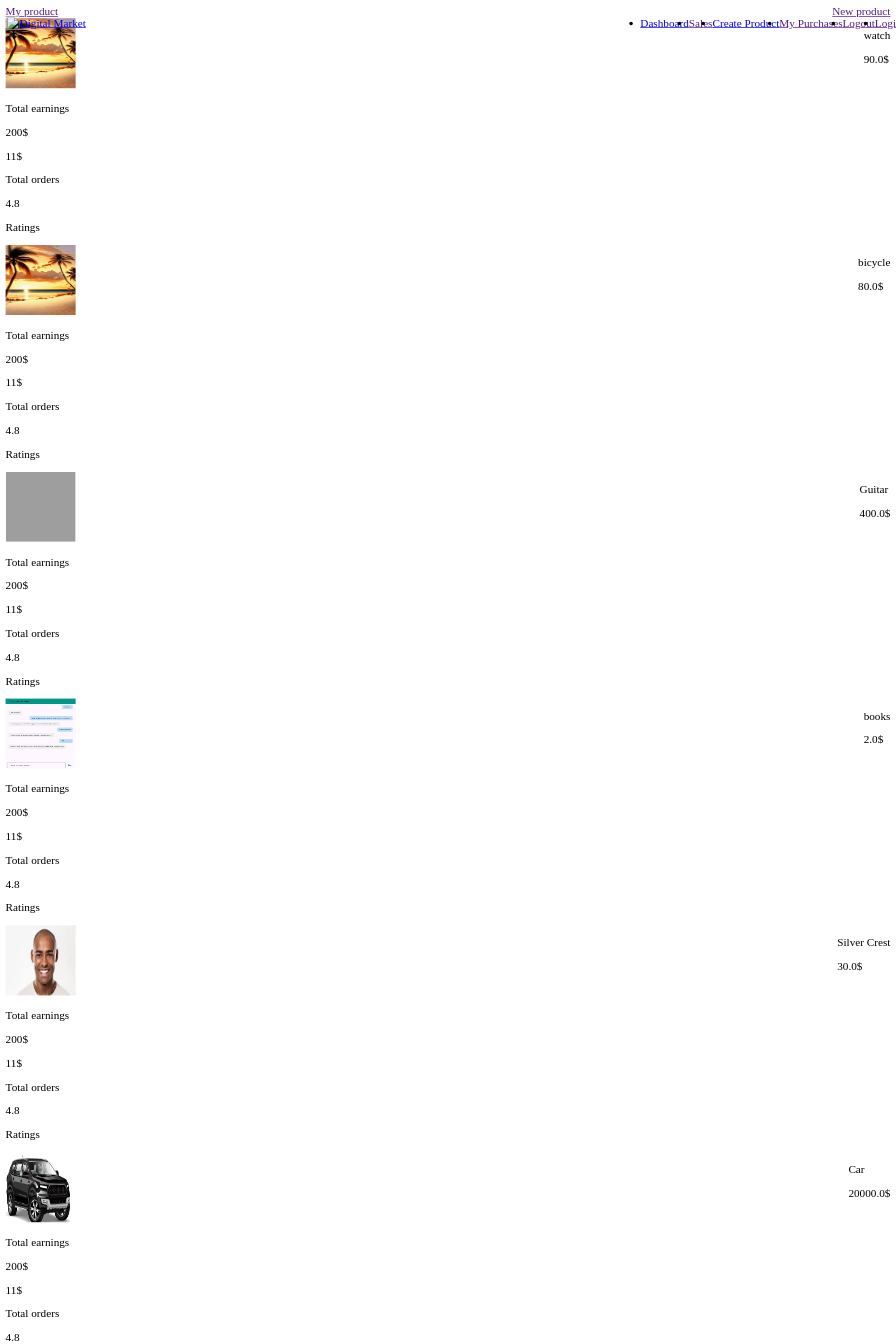
Repository: Zedestar/DigitalMarket_django
Page: http://localhost/dashboard/
These files come from the project's save history. The page is drawn as it stood at one moment and after the next save; the edit follows.
The browser window is 1280 px wide. The pictures show the part of the page from y = 0 to 1920 px (the page is 2710 px tall before and 950 px after), at 70% of full size.
Pictures or frames that could not be fetched are drawn as grey boxes. The page is served by the project's application, run on Django 5.2 (manage.py). Other server files are loaded and not shown. Style sheets and scripts are compiled from the project's sources, by tool versions that may differ from the author's. The page reads the database file committed with the project.

Above is the page before, as saved 2025-03-28 16:36:21.

### myapp/templates/myapp/dashboard.html
{% extends 'base.html' %}
{% block body %}
    <div class="m-4">
        <div class="flex justify-between shadow-sm py-4">
            <a href="" class="text-lg font-bold">My product</a>
            <div class="bg-green-600">
                <a href="" class="font-bold text-lg text-white p-8">New product</a>
            </div>
        </div>
    </div>
    <div class="m-5">
        {% for product in products %}
            <div class="shadow-sm m-2 p-2">
                <div class="flex justify-between">
                    <div class="w-36 h-36">
                        <img src="{{ product.photo.url }}"
                             alt="{{ product.name }}"
                             class="w-42 h-42 object-center"
                             height="100px"
                             width="100px">
                    </div>
                    <div>
                        <p>{{ product.name }}</p>
                        <p>{{ product.price }}$</p>
                    </div>
                </div>
                <div>
                    <p>Total earnings</p>
                    <p>200$</p>
                </div>
                <div>
                    <p>11$</p>
                    <p>Total orders</p>
                </div>
                <div>
                    <p>4.8</p>
                    <p>Ratings</p>
                </div>
            </div>
        {% endfor %}
    </div>
{% endblock body %}

### templates/base.html
{% load static %}
<!DOCTYPE html>
<html lang="en">
    <head>
        <meta charset="UTF-8">
        <meta name="viewport" content="width=device-width, initial-scale=1.0">
        <meta name="keywords">
        <meta name="description">
        <title>Document</title>
        <link rel="stylesheet" href="{% static 'tailwind/styles.css' %}">
    </head>
    <body class="bg-gray-200 flex flex-col min-h-screen">
        {% include 'partials/navbar.html' %}
        {% if messages %}
            <div id="successModal"
                 class="fixed inset-0 flex items-center justify-center bg-gray-900 bg-opacity-50">
                <div class="bg-white rounded-lg p-6 w-96 shadow-lg">
                    <h2 class="text-lg font-bold text-green-600">Success</h2>
                    <p class="mt-2 text-gray-600">
                        {% for message in messages %}{{ message }}{% endfor %}
                    </p>
                    <button onclick="closeModal()"
                            class="mt-4 bg-green-500 text-white px-4 py-2 rounded hover:bg-green-600">OK</button>
                </div>
            </div>
            <script>
    document.addEventListener("DOMContentLoaded", function () {
        var successModal = document.getElementById("successModal");
        if (successModal) {
            setTimeout(() => {
                successModal.style.display = "none";
            }, 3000); // Auto-hide after 3 seconds
        }
    });

    function closeModal() {
        document.getElementById("successModal").style.display = "none";
    }
            </script>
        {% endif %}
        <main class="flex-1 mt-10">
            {% block body %}
            {% endblock body %}
        </main>
        {% include 'partials/footer.html' %}
    </body>
</html>

### templates/partials/navbar.html
<nav class="fixed top-0 w-full z-10">
    <div class="flex justify-between shadow-lg py-2 text-sm font-medium">
        <a href="{% url 'index_view' %}"
           class="flex items-center justify-center ml-6">
            <img src="" alt="" height="20px" width="20px">
            <span class="mx-2 text-green-600 text-24">Digital Market</span>
        </a>
        <ul class="mr-6 flex">
            <li class="mx-4">
                <a href="{% url 'dashboard' %}">Dashboard</a>
            </li>
            <li class="mx-4">
                <a href="">Sales</a>
            </li>
            <li class="mx-4">
                <a href="{% url 'create_product' %}">Create Product</a>
            </li>
            <li class="mx-4">
                <a href="">My Purchases</a>
            </li>
            <li class="mx-4">
                <a href="">Logout</a>
            </li>
            <li class="mx-4">
                <a href="">Login</a>
            </li>
        </ul>
    </div>
</nav>

### templates/partials/footer.html
<footer class="bg-gray-200 text-black py-1 shadow-lg bottom-0 w-full">
    <div class="container mx-auto text-center">
        <p>&copy; 2023 Digital Market. All rights reserved.</p>
        <ul class="flex justify-center">
            <li class="mx-4">
                <a href="#" class="hover:underline">Privacy Policy</a>
            </li>
            <li class="mx-4">
                <a href="#" class="hover:underline">Terms of Service</a>
            </li>
            <li class="mx-4">
                <a href="#" class="hover:underline">Contact Us</a>
            </li>
        </ul>
    </div>
</footer>

### myapp/models.py
from django.db import models
from django.conf import settings

# Create your models here.


class Category(models.Model):
    name = models.CharField(max_length=100, null=False, blank=False)
    description = models.TextField(null=True, blank=True)

    def __str__(self):
        return self.name



class Product(models.Model):
    name = models.CharField(max_length=100, null=False, blank=False)
    description = models.TextField()
    price = models.FloatField(null=False, blank=False)
    category = models.ForeignKey(Category, blank=False, null=True, on_delete=models.SET_NULL)
    photo = models.ImageField(upload_to='product-photos')
    created_at = models.DateTimeField(auto_now_add=True)
    updated_at = models.DateTimeField(auto_now=True)

    def __str__(self):
        return self.name


class Order(models.Model):
    user = models.ForeignKey(settings.AUTH_USER_MODEL, related_name="orders", on_delete=models.PROTECT)
    created_at = models.DateTimeField(auto_now_add=True)
    updated_at = models.DateTimeField(auto_now=True)
    total_amount = models.FloatField(default=0)
    status = models.CharField(max_length=100, choices=[
        ('Pending', 'Pending'),
        ('Completed', 'Completed'),
        ('Cancelled', 'Cancelled'),
        ], default='Pending')

    def __str__(self):
        return f"{ self.user.username} - {self.total_amount}"



class OrderItem(models.Model):
    order = models.ForeignKey(Order, related_name="items", on_delete=models.CASCADE)
    product = models.ForeignKey(Product, on_delete=models.PROTECT)
    quantity = models.IntegerField(default=1)
    color = models.CharField(max_length=100, choices=[
        ('Red', 'Red'),
        ('Blue', 'Blue'),
        ('Green', 'Green'),
        ('Brown', 'Brown'),

    ],  default='Red')



    def __str__(self):
        return f"Delivery {self.order.user} - {self.status}"

### myapp/views.py
from django.shortcuts import render, redirect
from django.contrib import messages
from .models import Product
from .forms import ProductForm

# Create your views here.


def index(request):
    products = Product.objects.all()
    context = {
        'products' : products
    }
    return render(request, 'myapp/index.html', context=context)


def product_details(request, pk):
    product = Product.objects.get(pk=pk)
    context = {
        'product' : product
    }
    return render(request, 'myapp/product_details.html', context=context)


def create_product(request):
    if request.method == "POST":
        form = ProductForm(request.POST, request.FILES)
        if form.is_valid():
            form.save()
            messages.success(request, "Product created successfully")
            return redirect("index_view")
    else:
        form = ProductForm()
    context = {
        "form" : form,
    }
    return render(request, 'myapp/create_product.html', context=context)


def edit_product(request, pk):
    product_to_edit = Product.objects.get(pk=pk)
    if request.method == "POST":
        form = ProductForm(request.POST, request.FILES, instance=product_to_edit)
        if form.is_valid():
            form.save()
            messages.success(request, "Product updated successfully")
            return redirect("index_view")
        else:
            messages.error(request, f"{form.errors}")
    else:
        form = ProductForm(instance=product_to_edit)
    context = {
        "form":form
    }
    return render(request, 'myapp/edit_product.html', context=context)


def delete_product(request, pk):
    product_to_delete = Product.objects.get(pk=pk)
    context = {
        'product' : product_to_delete
    }
    if request.method == "POST":
        messages.success(request, f"{product_to_delete.name} deleted successfully")
        product_to_delete.delete()
        return redirect("index_view")
    return render(request, 'myapp/delete_product.html', context=context)


def dashboard(request):
    products = Product.objects.all()
    context = {
        "products":products
    }
    return render(request, 'myapp/dashboard.html', context=context)

### DigitalMarket/urls.py
"""
URL configuration for DigitalMarket project.

The `urlpatterns` list routes URLs to views. For more information please see:
    https://docs.djangoproject.com/en/5.1/topics/http/urls/
Examples:
Function views
    1. Add an import:  from my_app import views
    2. Add a URL to urlpatterns:  path('', views.home, name='home')
Class-based views
    1. Add an import:  from other_app.views import Home
    2. Add a URL to urlpatterns:  path('', Home.as_view(), name='home')
Including another URLconf
    1. Import the include() function: from django.urls import include, path
    2. Add a URL to urlpatterns:  path('blog/', include('blog.urls'))
"""
from django.contrib import admin
from django.urls import path, include
from django.conf import settings
from django.conf.urls.static import static

urlpatterns = [
    path('admin/', admin.site.urls),
    path('', include('myapp.urls')),
]

urlpatterns += static(settings.MEDIA_URL, document_root=settings.MEDIA_ROOT)

### myapp/urls.py
from .  import views
from django.urls import path

urlpatterns = [
    path('', views.index, name='index_view'),
    path('product_details/<str:pk>/', views.product_details, name='product_details'),
    path('create_product', views.create_product, name='create_product'),
    path('edit_product/<str:pk>/', views.edit_product, name='edit_product'),
    path('delete_product/<str:pk>/', views.delete_product, name='delete_product'),
    path('dashboard/', views.dashboard, name='dashboard'),
]

### db.sqlite3 (the tables this page reads, as SQL)
CREATE TABLE "myapp_product" ("id" integer NOT NULL PRIMARY KEY AUTOINCREMENT, "name" varchar(100) NOT NULL, "description" text NOT NULL, "price" real NOT NULL, "created_at" datetime NOT NULL, "updated_at" datetime NOT NULL, "photo" varchar(100) NOT NULL, "category_id" bigint NULL REFERENCES "myapp_category" ("id") DEFERRABLE INITIALLY DEFERRED);
INSERT INTO "myapp_product" VALUES
(5, 'watch', 'This is german watch', 90.0, '2025-03-19 15:09:57.364696', '2025-03-19 15:09:57.364696', 'product-photos/wallpaper_T6tvKyB.jpg', NULL),
(6, 'bicycle', 'THis is electric bucycle', 80.0, '2025-03-19 15:11:28.591059', '2025-03-19 15:11:28.591059', 'product-photos/wallpaper_3pVK7fH.jpg', NULL),
(7, 'Guitar', 'This is electric guiatar made with steal', 400.0, '2025-03-19 15:36:16.491002', '2025-03-19 15:36:16.496000', 'product-photos/zedddy.jpg', NULL),
(8, 'books', 'Made in China', 2.0, '2025-03-19 17:16:41.118921', '2025-03-19 17:16:41.118921', 'product-photos/tempFileForShare_20250207-083344.jpg', NULL),
(9, 'Silver Crest', 'Heavy duty', 30.0, '2025-03-19 17:18:02.422139', '2025-03-19 17:18:02.422139', 'product-photos/african_men.jpg', NULL),
(11, 'Car', 'Best self car', 20000.0, '2025-03-28 05:17:11.976292', '2025-03-28 05:17:11.976292', 'product-photos/Carrr.png', 1),
(12, 'Rolex watch', 'Water proof watch', 100.0, '2025-03-28 05:26:45.633340', '2025-03-28 05:26:45.633340', 'product-photos/watch.jpg', 2),
(13, 'Watch', 'This is the form resulted after edited', 11.0, '2025-03-28 05:38:41.486585', '2025-03-28 07:27:57.234266', 'product-photos/watch_FlOU8Bs.jpg', 2);

Loaded but not shown: static/tailwind/tailwindClasses.css (common file)

After the next save:
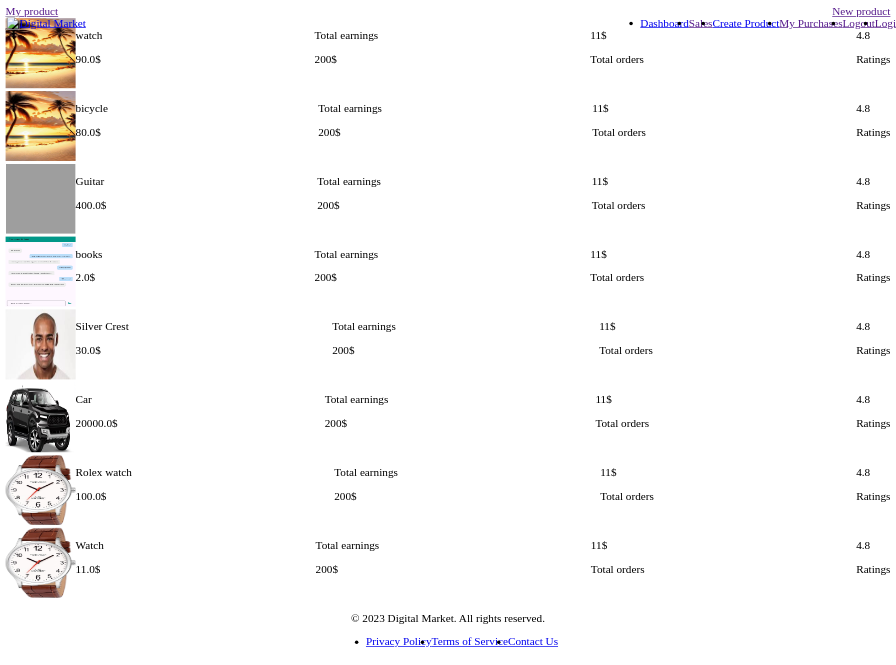
Saved 50 s later.
--- a/myapp/templates/myapp/dashboard.html
+++ b/myapp/templates/myapp/dashboard.html
@@ -10,7 +10,7 @@
     </div>
     <div class="m-5">
         {% for product in products %}
-            <div class="shadow-sm m-2 p-2">
+            <div class="shadow-sm m-2 p-2 flex justify-between">
                 <div class="flex justify-between">
                     <div class="w-36 h-36">
                         <img src="{{ product.photo.url }}"

After the 5 saves that followed:
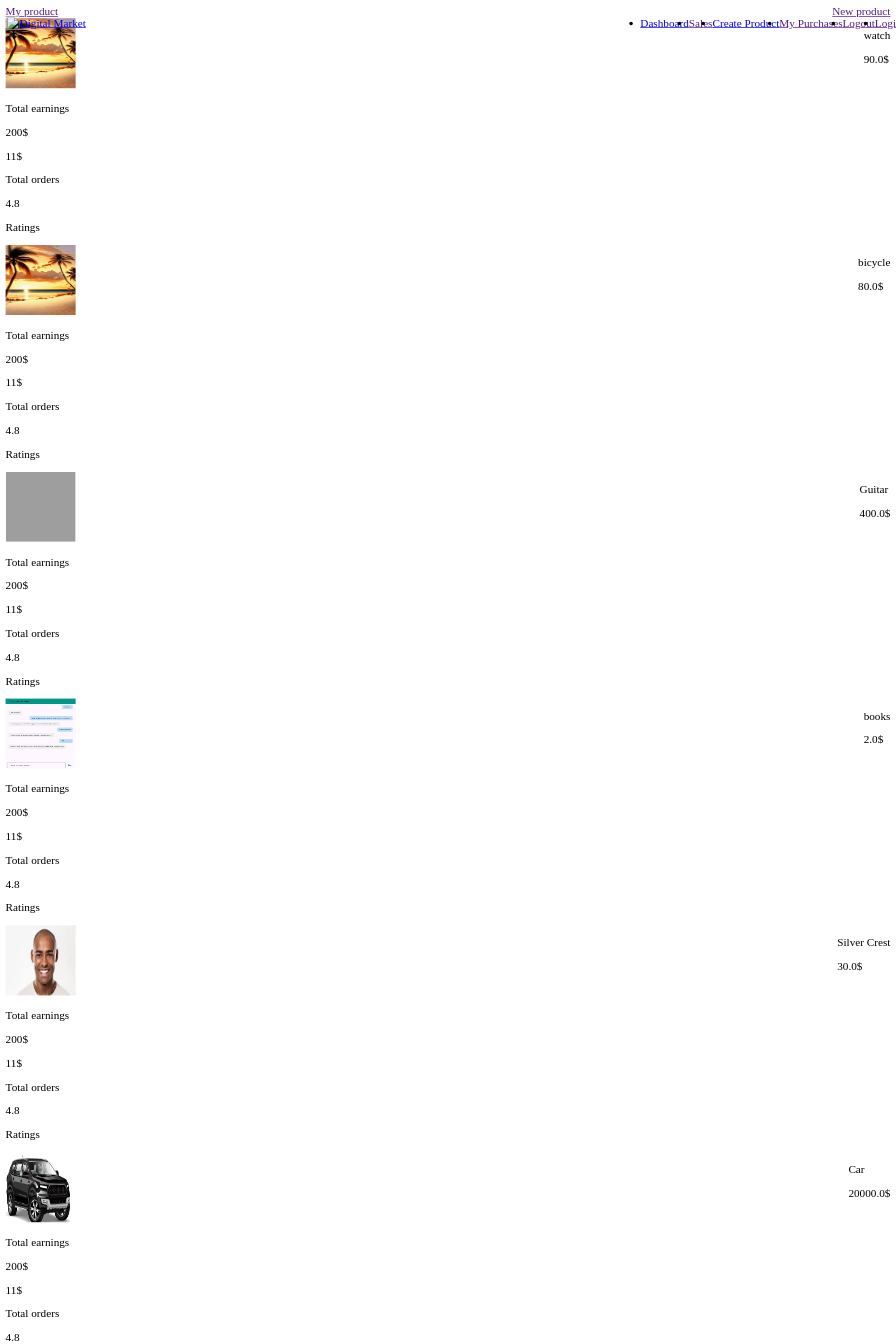
The 5 saves are shown as one change because 4 left the picture as it was.
The last was saved 3 min 0 s later.
--- a/myapp/templates/myapp/dashboard.html
+++ b/myapp/templates/myapp/dashboard.html
@@ -10,7 +10,7 @@
     </div>
     <div class="m-5">
         {% for product in products %}
-            <div class="shadow-sm m-2 p-2 flex justify-between">
+            <div class="shadow-md  my-4 p-2 flex-col md:flex justify-between bg-teal-200">
                 <div class="flex justify-between">
                     <div class="w-36 h-36">
                         <img src="{{ product.photo.url }}"
